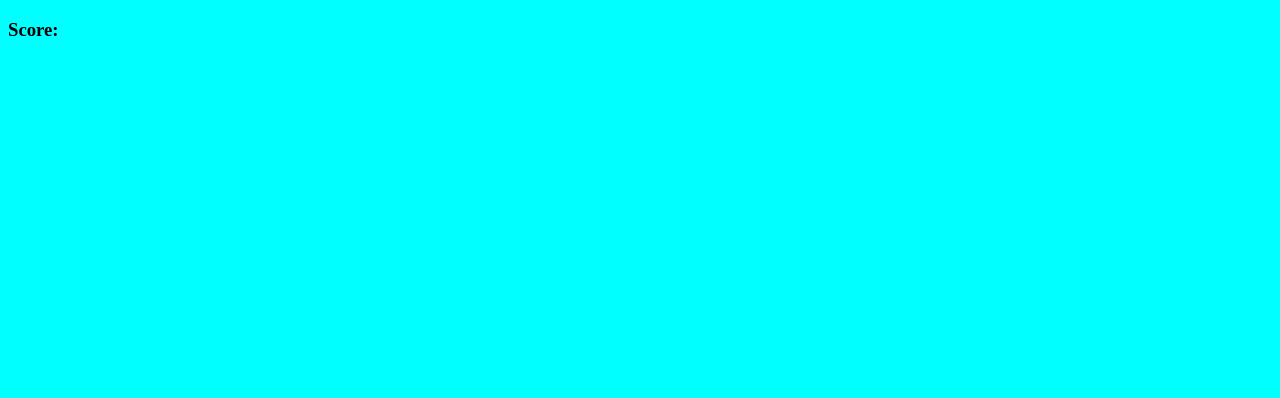
Repository: Zetzher/Memory-Game
Page: index.html
The author's editor kept a copy of each file at every save. The page is drawn from the files as they stood at one save, then again after the next save.
The browser window is 1280 px wide. The pictures show the whole page.

Above is the page before, as saved 2020-04-26 19:25:10.
Console error: ReferenceError: cardArrays is not defined

After the next save:
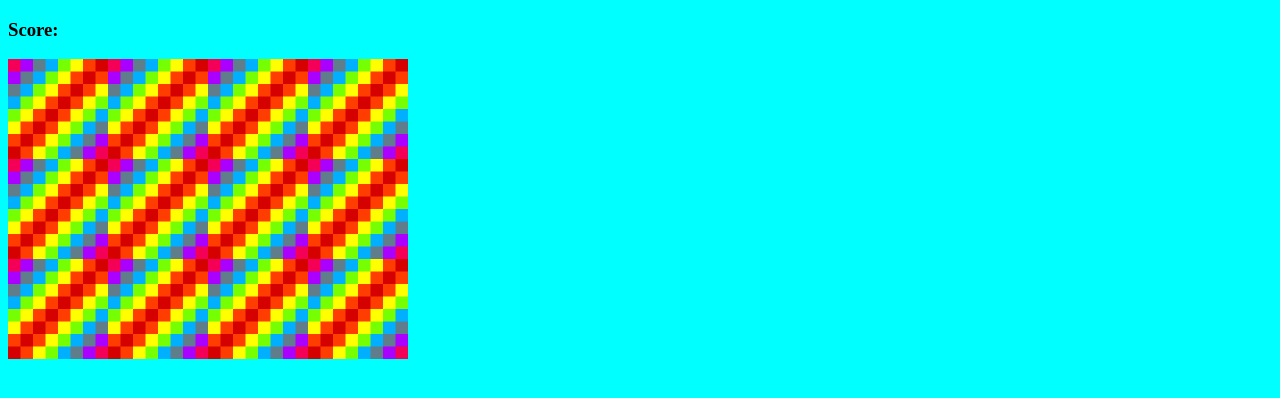
The error is gone.
Saved 15 s later.
--- a/app.js
+++ b/app.js
@@ -62,7 +62,7 @@ document.addEventListener('DOMContentLoaded', () => {
 
     //create your board
     function createBoard() {
-        for (let i = 0; i < cardArrays.length; i++) {
+        for (let i = 0; i < cardArray.length; i++) {
             let card = document.createElement('img')
             card.setAttribute('src', './images/blank.png')
             card.setAttribute('data-id', i)
